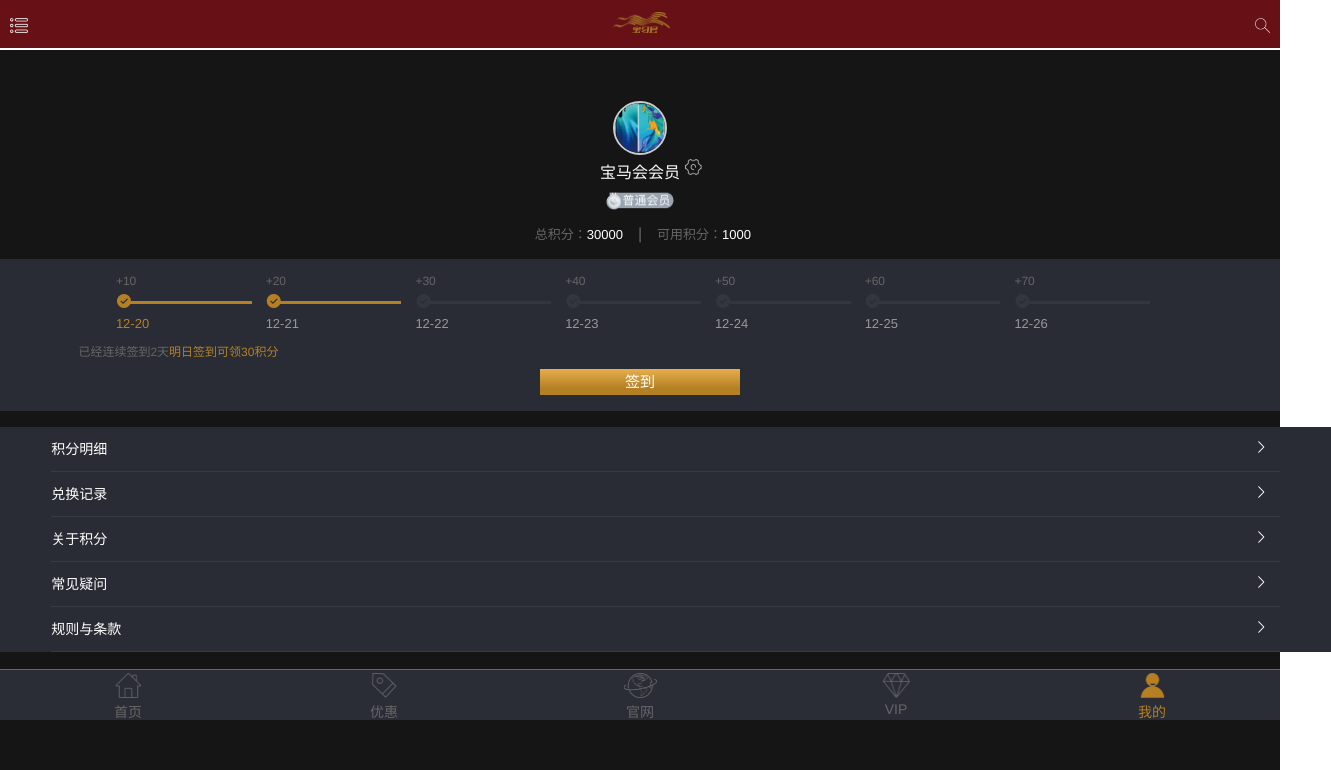
Repository: ada6688/IntegralMall
Page: /Member
An editor plug-in stored every save of this project. The page is shown before and after the next save, followed by the edit.
The browser window is 1280 px wide. The page is 1280 px wide, then 1331 px, so the pictures cover 1331 px, including what lies to the right of the window. The pictures show the whole page.
The project was rebuilt for these pictures with package versions that can differ from the ones it lists, and the page was loaded fresh each time. Also part of the build but not shown: src/components/page/notice.vue, src/components/page/shouye.vue, src/components/page/Vip.vue, src/components/page/Youhui.vue, src/router/index.js.

Above is the page before, as saved 2020-01-04 19:17:24.

### index.html
<!DOCTYPE html>
<html>
  <head>
    <meta charset="utf-8">
    <meta name="viewport" content="width=device-width,initial-scale=1.0">
    <title>integralmall</title>
  </head>
  <body>
    <div id="app"></div>
    <!-- built files will be auto injected -->
  </body>
</html>

### src/main.js
// The Vue build version to load with the `import` command
// (runtime-only or standalone) has been set in webpack.base.conf with an alias.
import Vue from 'vue'
import App from './App'
import router from './router'
import ElementUI from 'element-ui'
import 'element-ui/lib/theme-chalk/index.css'
import {Cell, CellGroup, Tabbar, TabbarItem, PullRefresh, Stepper, Tab, Tabs, Button, Row, Col, Swipe, SwipeItem, Lazyload, List, Field, NavBar} from 'vant'
import '../src/assets/css/common.css'
import '../src/assets/css/index.css'
import 'swiper/dist/css/swiper.css'
import VueAwesomeSwiper from 'vue-awesome-swiper'
// import BScroll from 'better-scroll'

// Vue.use(BScroll)
Vue.use(VueAwesomeSwiper)
Vue.use(ElementUI)
Vue.use(Cell).use(CellGroup).use(Tabbar).use(TabbarItem).use(Stepper).use(PullRefresh).use(Tab).use(Tabs).use(Field).use(NavBar).use(Button).use(Row).use(Col).use(Swipe).use(SwipeItem).use(Lazyload).use(List)

Vue.config.productionTip = false

/* eslint-disable no-new */
new Vue({
  el: '#app',
  router,
  components: {
    App
  },
  template: '<App/>'
})
router.beforeEach((to, from, next) => {
  let str = '<p>个人中心</p>'
  if (to.meta.title) {
    document.getElementById('top-logo-change').innerHTML = to.meta.title
    if (to.meta.title === str) {
      document.getElementById('top-nav-right').innerHTML = '<img src="/static/topnav/kf.png" alt="搜索">'
    } else {
      document.getElementById('top-nav-right').innerHTML = '<img src="/static/topnav/ss.png" alt="搜索">'
    }
    // document.title = to.meta.title
  }
  next()
})

### src/App.vue
<template>
  <div id="app">
    <TopNav></TopNav>
    <router-view/>
    <BottomNav></BottomNav>
  </div>
</template>

<script>
import BottomNav from '@/components/common/Bottomnav'
import TopNav from '@/components/common/Topnav'
export default {
  name: 'App',
  components: {
    BottomNav,
    TopNav
  }
}
</script>

<style>
#app {
  font-family: 'Avenir', Helvetica, Arial, sans-serif;
  -webkit-font-smoothing: antialiased;
  -moz-osx-font-smoothing: grayscale;
  text-align: center;
  color: #2c3e50;
  background: #151515;
  height: 100vh;
}
</style>

### src/assets/css/common.css
body,p,ul{
  margin: 0;
  padding: 0;
}
li{
  list-style: none;
}
/* 顶部栏 */
.top-nav{
  width: 100%;
  height: 3rem;
  line-height: 3.5rem;
  background-color: #671116;
  position: fixed;
  top: 0;
  z-index: 99;
}
.top-nav-logo{
  color: #B58024;
}
.top-nav > div{
  display: inline-block;
  height: 100%;
}
.top-nav-left{
  float: left;
  margin-left: 10px;
}
.top-nav-right{
  float: right;
  margin-right: 10px;
}
.banner-item > img{
  width: 100%;
}
.swiper-container{
  height: 7.28rem;
}
.top-nav-t{
  color: #B58024;
}
/* 每个一级页面共有class */
.main-wrap{
  margin-top: 3rem;
  margin-bottom: 3.125rem;
  background: #151515;
}
/* 公告 */
.Notice-sign{
  width: 2rem;
  height: 100%;
  background: url('../images/topnav/lb.png') center no-repeat;
  float: left;
  box-shadow: 1px 0px 5px rgba(0,0,0,0.8);
}
.Notice-textBox {
  width: 100%;
  height: 1.3rem;
  line-height: 1.3rem;
  font-size: .5rem;
  color: #999999;
  background: #2A2D36;
  overflow: hidden;
  position: relative;
  text-align: left;
  z-index: 9;
}
.Notice-text {
  width: 100%;
  padding-left: 42px;
  position: absolute;
  bottom: 0;
}
.slide-enter-active, .slide-leave-active {
  transition: all 0.5s linear;
}
.slide-enter{
  transform: translateY(20px) scale(1);
  opacity: 1;
}
.slide-leave-to {
  transform: translateY(-20px) scale(0.8);
  opacity: 0;
}
/* 底部导航 */
.bottom-tab{
  width:100%;
  height:3.125rem;
  background-color:#2A2D36;
  border-top: 1px solid #656666;
  position: fixed;
  left:0px;
  bottom:0px;
}
.tab-item{
  width: 20%;
  float: left;
  align-items:center;
  justify-content:center;
  font-size:14px;
  color:#666;
  z-index: 999;
}
.NavSigh{
    width:33px;
    margin-top:3px;
}
.on{
  color:#b58023;
}

### src/assets/css/index.css
/****************** 首页商品 *****************/
.products-item{
  width: 46.9%;
  height: 100px;
  padding-right: 2.9%;
  border-right: 1px solid #161616;
  border-bottom: 1px solid #161616;
  background: #292C35;
  float: left;
}
.products-item-even{
  width: 46.9%;
  height: 100px;
  border-bottom: 1px solid #161616;
  background: #292C35;
  padding-left: 2.9%;
  float: left;
}
.product-item-text{
  width: 50%;
  height: 70px;
  color: #ffffff;
  margin-top: 15px;
  float: left;
  text-align: left;
}
.product-item-text p{
  height: 43px;
  font-size: 15px;
  margin-bottom: 5px;
  display: -webkit-box;/*作为弹性伸缩盒子模型显示*/
  -webkit-line-clamp: 2; /*显示的行数；如果要设置2行加...则设置为2*/
  overflow: hidden; /*超出的文本隐藏*/
  text-overflow: ellipsis; /* 溢出用省略号*/
  -webkit-box-orient: vertical;
}
.product-item-text span{
  color: #B58024;
  font-size: 13px;
}
.product-item-img{
  width: 12%;
  height: 100px;
  display: table-cell;
  vertical-align: middle;
  /* float: left; */
}
.product-item-img img{
  max-width: 100%;
}
/******************* 优惠 *******************/
.yh-wrap div{
  padding: 1rem 1rem 0 1rem;
}
.yh-wrap img{
  width: 100%;
}
/******************* VIP *******************/
.level-welfare-wrap, .level-require-wrap{
  padding-bottom: 20px;
}
.VipTop-level-sign{
  display: inline-block;
}
.VipTop-level-text{
  position: absolute;
  bottom: -5px;
}
.vip-level-wrap ul li{
  float: left;
  width: 33.33%;
  height: 79px;
}
.vip-level-wrap ul div{
  width: 34px;
  height: 34px;
  border: 1px solid #CCCCCC;
  border-radius: 17px;
  margin-bottom: 9px;
  display: inline-block;
  vertical-align: middle;
}
.vip-level-wrap ul img{
  margin-top: 7px;
}
.vip-level-wrap ul li>p{
  color: #CCCCCC;
  font-size: 13px;
}
.Vip-level-T{
  color: #ffffff;
  font-size: 16px;
  font-weight: bold;
  text-align: left;
  padding: 15px 0 10px 17px;
  background: #2A2C35;
}
.Vip-level-tips{
  color: #F5BF1B;
  font-size: 13px;
  text-align: left;
  padding: 15px 20px 10px 17px;
  background: #2A2C35;
}
.level-rules-wrap{
  color: #CCCCCC;
  font-size: 12px;
  background: #2A2C35;
  text-align: left;
  padding: 15px 17px 16px 17px;
  margin-bottom: 50px;
}
.level-rules-wrap span{
  font-size: 16px;
  color: #ffffff;
  display: inline-block;
  margin-bottom: 9px;
}
.level-rules-wrap p{
  line-height: 24px;
  /* margin-top: 5px; */
}
.level-rules-wrap p:last-child{
  margin-bottom: 10px;
}
/******************* 个人中心 *******************/
.member-half-circle{
  width: 111%;
  height: 31%;
  border-radius: 50%;
  position: fixed;
  top: -13%;
  background: #661115;
  left: -5.8%;
  z-index: -1;
}
.member-wrap{
  width: 100%;
  position: fixed;
  top: 14%;
}
.member-img > img{
  width: 7vh;
  height: 7vh;
  border-radius: 100%;
  border: 2px solid #CCCCCC;
}
.member-name{
  color: #ffffff;
  font-size: 16px;
  position: relative;
}
.member-name img{
  position: absolute;
  margin-left: 5px;
  bottom: 8px;
}
.member-level-sign{
  margin: 8px 0 10px 0;
}
.member-integral{
  text-align: center;
}
.member-integral-slice{
  display: inline-block;
  color: #666666;
  margin: 0 15px;
}
.member-integral span{
  font-size: 13px;
  color: #ffffff;
}
.member-integral p{
  font-size: 13px;
  color: #666666;
  display: inline-block;
}
.member-total{
  width: 42%;
  display: inline-block;
  text-align: right;
}
.member-useful{
  width: 42%;
  display: inline-block;
  text-align: left;
}
.member-signIn{
  background: #2A2C35;
  padding: 15px 1rem 1rem 1rem;
  margin: 16px 0;
}
.member-signIn-status-1{
  width: 12%;
  text-align: left;
  display: inline-block;
}
.member-signIn-in{
  color: #666666;
  font-size: 12px;
  margin-bottom: 5px;
}
.member-signIn-date{
  color: #999899;
  font-size: 13px;
  margin-top: 5px;
}
.member-signIn-date-active{
  color: #B58024;
  font-size: 13px;
  margin-top: 5px;
}
.el-icon-success{
  color: #34363D;
}
.member-signIn-line{
  width: 84%;
  height: 3px;
  display: inline-block;
  background: #34363D;
  margin: 0 -34px 3px -6px;
}
.member-signIn-icon-active{
  color: #B58024 !important;
}
.member-signIn-active{
  background: #B58024 !important;
}
.member-signIn-tips{
  font-size: 12px;
  text-align-last: justify;
  padding: 0 5%;
  margin-top: 10px;
}
.member-signIn-tips p{
  display: inline-block;
}
.member-signIn-tips p:first-child{
  color: #666666;
}
.member-signIn-tips p:last-child{
  color: #B58024;
}
.member-signIn-button{
  width:200px;
  height:26px;
  line-height: 26px;
  color: #ffffff;
  font-size: 15px;
  margin: 0 auto;
  background:linear-gradient(0deg,rgba(181,128,36,1) 26%,rgba(231,174,75,1) 100%);
  margin-top: 10px;
}
.member-more-detail{
  width: 96%;
  line-height: 44px;
  color: #ffffff;
  background: #2A2C35;
  padding: 0 4%;
}
.member-jifen,.member-duihuan,.member-guanyu,.member-yiwen,.member-guize{
  height: 44px;
  border-bottom: 1px solid #373B45;
}
.member-jifen-T{
  font-size: 14px;
  float: left;
  margin-right: 66%;
}
.el-icon-arrow-right{
  width: 7px;
  height: 7px;
  position: absolute;
  right: 20px;
  margin-top: 12px;
}

### src/components/common/Bottomnav.vue
<template>
  <div class="bottom-tab">
    <div class="tab-item" @click="switchTo('/shouye')">
      <img class="NavSigh" :src="'/shouye' === $route.path ? tabBarImgArr[0].selected : tabBarImgArr[0].normal" alt="首页">
      <p :class="{on: '/shouye' === $route.path}">首页</p>
    </div>
    <div class="tab-item" @click="switchTo('/Youhui')">
      <img class="NavSigh" :src="'/Youhui' === $route.path ? tabBarImgArr[1].selected : tabBarImgArr[1].normal" alt="推荐">
      <p :class="{on: '/Youhui' === $route.path}">优惠</p>
    </div>
    <div class="tab-item">
      <img class="NavSigh" :src="'/' === $route.path ? tabBarImgArr[2].selected : tabBarImgArr[2].normal" alt="搜索">
      <p :class="{on: '/' === $route.path}">官网</p>
    </div>
    <div class="tab-item" @click="switchTo('/Vip')">
      <img class="NavSigh" :src="'/Vip' === $route.path ? tabBarImgArr[3].selected : tabBarImgArr[3].normal" alt="聊天">
      <p :class="{on: '/Vip' === $route.path}">VIP</p>
    </div>
    <div class="tab-item" @click="switchTo('/Member')">
      <img class="NavSigh" :src="'/Member' === $route.path ? tabBarImgArr[4].selected : tabBarImgArr[4].normal" alt="我的">
      <p :class="{on: '/Member' === $route.path}">我的</p>
    </div>
  </div>
</template>
<script>
export default {
  data () {
    return {
      tabBarImgArr: [
        {normal: require('../../assets/images/navLogo/sy_x.png'), selected: require('../../assets/images/navLogo/sy.png')},
        {normal: require('../../assets/images/navLogo/yh_x.png'), selected: require('../../assets/images/navLogo/yh.png')},
        {normal: require('../../assets/images/navLogo/gw_x.png'), selected: require('../../assets/images/navLogo/gw.png')},
        {normal: require('../../assets/images/navLogo/zs_x.png'), selected: require('../../assets/images/navLogo/zs.png')},
        {normal: require('../../assets/images/navLogo/wd_x.png'), selected: require('../../assets/images/navLogo/wd.png')}
      ]
    }
  },
  methods: {
    switchTo (path) {
      this.$router.replace(path)
    }
  }
}
</script>
<style>

</style>

### src/components/common/Topnav.vue
<template>
  <div class="top-nav">
    <div class="top-nav-left">
      <img src="../../assets/images/topnav/cd.png" alt="菜单">
    </div>
    <div id="top-logo-change" class="top-nav-logo">
      <img src="../../assets/images/topnav/logo.png" alt="logo">
    </div>
    <div id="top-nav-right" class="top-nav-right">
      <img src="../../assets/images/topnav/ss.png" alt="搜索">
    </div>
  </div>
</template>
<script>
export default {
  data () {
    return {
      tabBarImgArr: [
        {normal: require('../../assets/images/topnav/logo.png')},
        {normal: require('../../assets/images/topnav/ss.png')},
        {normal: require('../../assets/images/topnav/cd.png')}
      ]
    }
  }
}
</script>
<style>

</style>

### src/components/page/Member.vue
<template>
  <div class="main-wrap">
    <div class="member-wrap">
    <!-- <div class="member-half-circle"></div> -->
      <!-- 会员信息 -->
      <div class="member-person-info">
        <!-- 会员头像 -->
        <div class="member-img">
          <img src="../../assets/images/products/hw.png" alt="">
        </div>
        <!-- 会员名称与设置图标 -->
        <p class="member-name">
          <span>宝马会会员</span>
          <img src="../../assets/images/member/sz.png" alt="">
        </p>
        <!-- 会员等级图标 -->
        <div class="member-level-sign">
          <img src="../../assets/images/member/pt.png" alt="">
        </div>
        <div class="member-integral">
          <div class="member-total">
            <p>总积分：</p>
            <span>30000</span>
          </div>
          <div class="member-integral-slice">|</div>
          <div class="member-useful">
            <p>可用积分：</p>
            <span>1000</span>
          </div>
        </div>
      </div>
      <!-- 签到 -->
      <div class="member-signIn">
        <div class="member-signIn-status">
          <!-- 签到进度条 -->
          <div class="member-signIn-status-1">
            <p class="member-signIn-in">+10</p>
            <i class="el-icon-success member-signIn-icon-active"></i>
            <span class="member-signIn-line member-signIn-active"></span>
            <p class="member-signIn-date-active">12-20</p>
          </div>
          <div class="member-signIn-status-1">
            <p class="member-signIn-in">+20</p>
            <i class="el-icon-success member-signIn-icon-active"></i>
            <span class="member-signIn-line member-signIn-active"></span>
            <p class="member-signIn-date">12-21</p>
          </div>
          <div class="member-signIn-status-1">
            <p class="member-signIn-in">+30</p>
            <i class="el-icon-success"></i>
            <span class="member-signIn-line"></span>
            <p class="member-signIn-date">12-22</p>
          </div>
          <div class="member-signIn-status-1">
            <p class="member-signIn-in">+40</p>
            <i class="el-icon-success"></i>
            <span class="member-signIn-line"></span>
            <p class="member-signIn-date">12-23</p>
          </div>
          <div class="member-signIn-status-1">
            <p class="member-signIn-in">+50</p>
            <i class="el-icon-success"></i>
            <span class="member-signIn-line"></span>
            <p class="member-signIn-date">12-24</p>
          </div>
          <div class="member-signIn-status-1">
            <p class="member-signIn-in">+60</p>
            <i class="el-icon-success"></i>
            <span class="member-signIn-line"></span>
            <p class="member-signIn-date">12-25</p>
          </div>
          <div class="member-signIn-status-1">
            <p class="member-signIn-in">+70</p>
            <i class="el-icon-success"></i>
            <span class="member-signIn-line"></span>
            <p class="member-signIn-date">12-26</p>
          </div>
          <div class="member-signIn-tips">
            <p>已经连续签到2天</p>
            <p>明日签到可领30积分</p>
          </div>
          <!-- 签到按钮 -->
          <div class="member-signIn-button">签到</div>
        </div>
      </div>
      <!-- 积分明细，兑换记录，积分详情疑问规则等 -->
      <div class="member-more-detail">
        <div class="member-jifen">
          <div  class="member-jifen-T">积分明细</div>
          <i class="el-icon-arrow-right"></i>
        </div>
        <div class="member-duihuan">
          <div  class="member-jifen-T">兑换记录</div>
          <i class="el-icon-arrow-right"></i>
        </div>
        <div class="member-guanyu">
          <div  class="member-jifen-T">关于积分</div>
          <i class="el-icon-arrow-right"></i>
        </div>
        <div class="member-yiwen">
          <div  class="member-jifen-T">常见疑问</div>
          <i class="el-icon-arrow-right"></i>
        </div>
        <div class="member-guize">
          <div  class="member-jifen-T">规则与条款</div>
          <i class="el-icon-arrow-right"></i>
        </div>
      </div>
    </div>
  </div>
</template>
<script>
export default {
  name: 'App',
  components: {
  },
  data () {
    return {
      active: 0
    }
  }
}
</script>
<style>

</style>

After the next save:
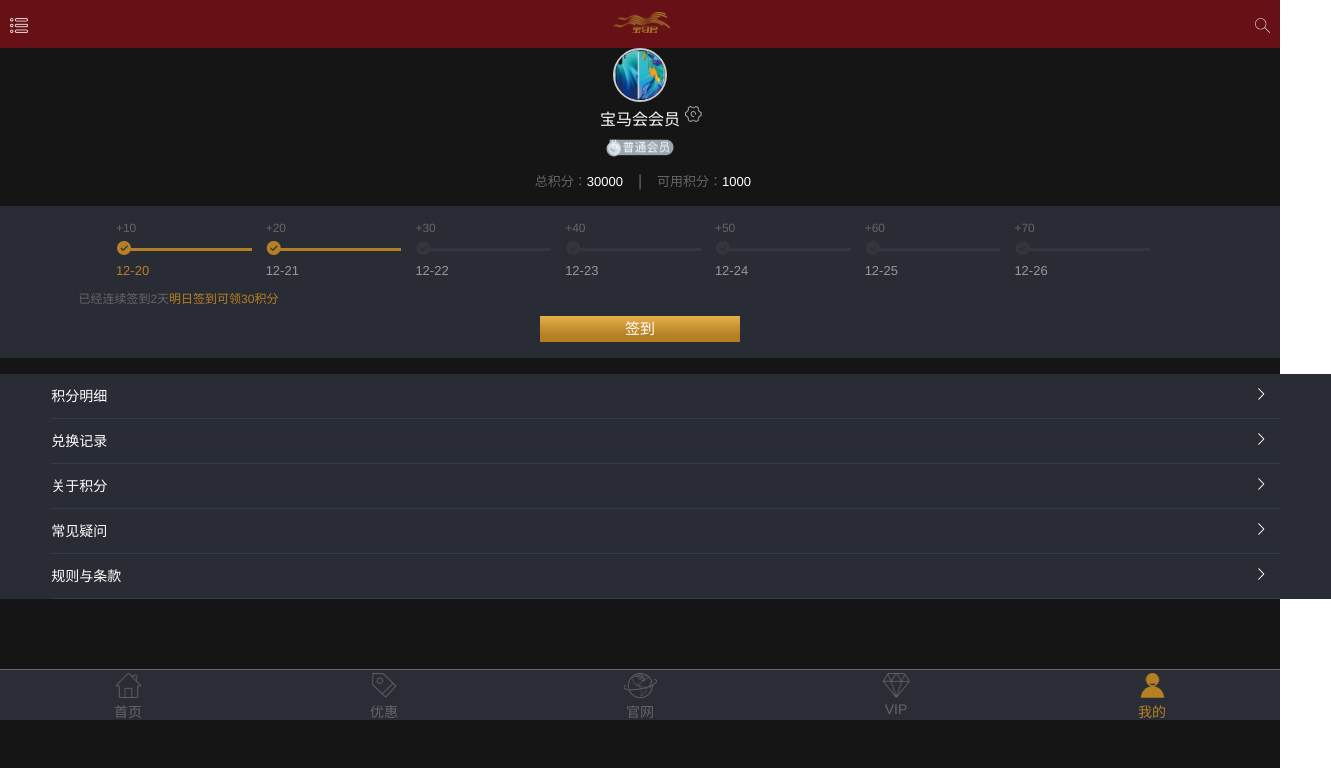
Saved 102 s later.
--- a/src/assets/css/index.css
+++ b/src/assets/css/index.css
@@ -135,9 +135,9 @@
   z-index: -1;
 }
 .member-wrap{
-  width: 100%;
+  /* width: 100%;
   position: fixed;
-  top: 14%;
+  top: 14%; */
 }
 .member-img > img{
   width: 7vh;
